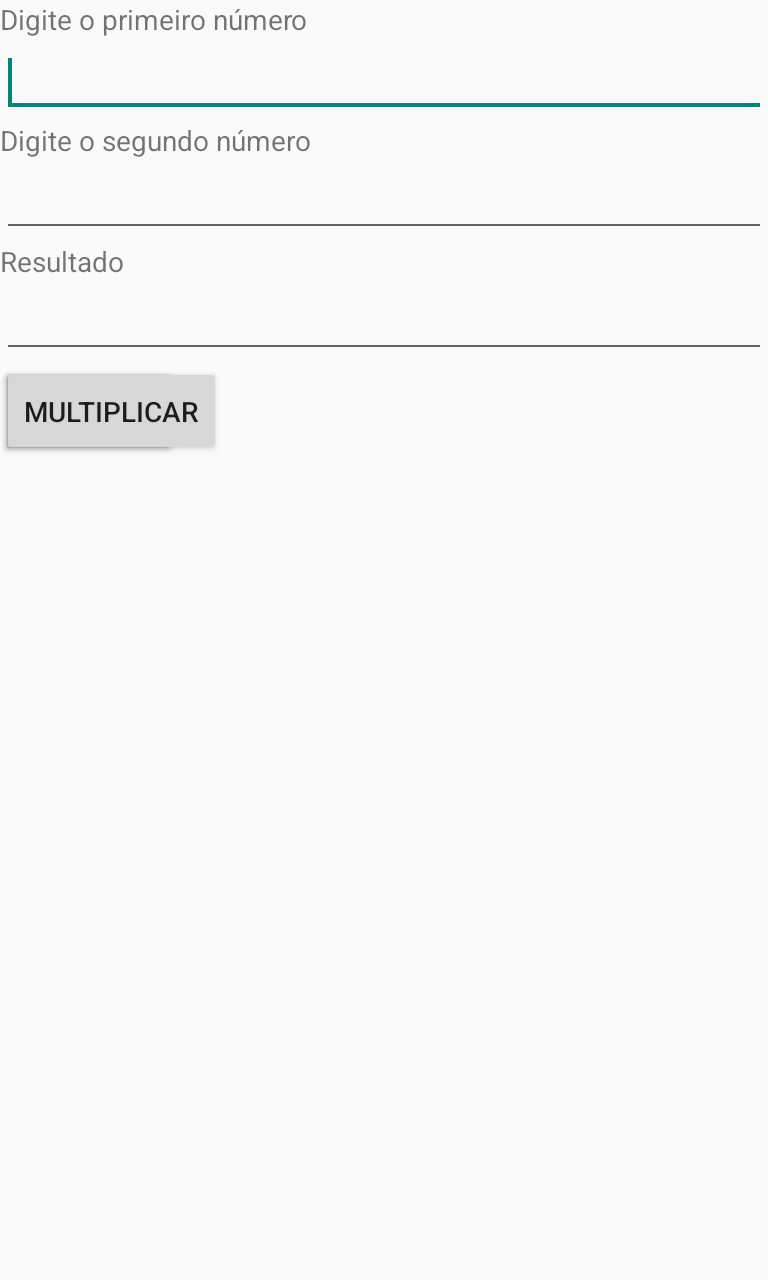
Repository: LucasSampaio/SysPizza-PSI
Layout: CodigoFonte/MOBILE/Calculadora_Neri/res/layout/activity_calculadora.xml
The author's editor kept a copy of each file at every save. The layout is drawn from the files as they stood at one save, then again after the next save.
It is drawn on a 768 x 1280 px phone screen (xhdpi) without system bars, with theme AppTheme; the app's code is not run.

Above is the layout before, as saved 2014-09-04 19:56:58.

### CodigoFonte/MOBILE/Calculadora_Neri/res/layout/activity_calculadora.xml
<LinearLayout xmlns:android="http://schemas.android.com/apk/res/android"
    xmlns:tools="http://schemas.android.com/tools"
    android:orientation="vertical"
    android:layout_width="match_parent"
    android:layout_height="match_parent">

    <TextView
        android:layout_width="wrap_content"
        android:layout_height="wrap_content"
        android:text="Digite o primeiro número" />

    <EditText
        android:id="@+id/etNum01"
        android:layout_width="match_parent"
        android:layout_height="wrap_content"
        android:ems="10" >

        <requestFocus />
    </EditText>

    <TextView
        android:id="@+id/textView1"
        android:layout_width="wrap_content"
        android:layout_height="wrap_content"
        android:text="Digite o segundo número" />

    <EditText
        android:id="@+id/etNum02"
        android:layout_width="match_parent"
        android:layout_height="wrap_content"
        android:ems="10" />

    <TextView
        android:id="@+id/textView"
        android:layout_width="wrap_content"
        android:layout_height="wrap_content"
        android:text="Resultado" />

    <EditText
        android:id="@+id/etResultado"
        android:layout_width="fill_parent"
        android:layout_height="wrap_content"
        android:ems="10" />
    <RelativeLayout
	    android:orientation="horizontal"
	    android:layout_width="wrap_content"
	    android:layout_height="wrap_content">

	    <Button
	        android:id="@+id/btnSomar"
	        android:layout_width="wrap_content"
	        android:layout_height="wrap_content"
	        android:text="Somar" />
	    <Button
	        android:id="@+id/btnSubtrair"
	        android:layout_width="wrap_content"
	        android:layout_height="wrap_content"
	        android:text="Subtrair" />
	    <Button
	        android:id="@+id/btnMultiplicar"
	        android:layout_width="wrap_content"
	        android:layout_height="wrap_content"
	        android:text="Multiplicar" />
	    <Button
	        android:id="@+id/btnDividir"
	        android:layout_width="wrap_content"
	        android:layout_height="wrap_parent"
	        android:text="Dividir" />
	</RelativeLayout>

</LinearLayout>

Loaded but not shown: CodigoFonte/MOBILE/Calculadora_Neri/res/values/styles.xml (common file); CodigoFonte/MOBILE/Calculadora_Neri/res/values-v11/styles.xml (common file); CodigoFonte/MOBILE/Calculadora_Neri/res/values-v14/styles.xml (common file)

After the next save:
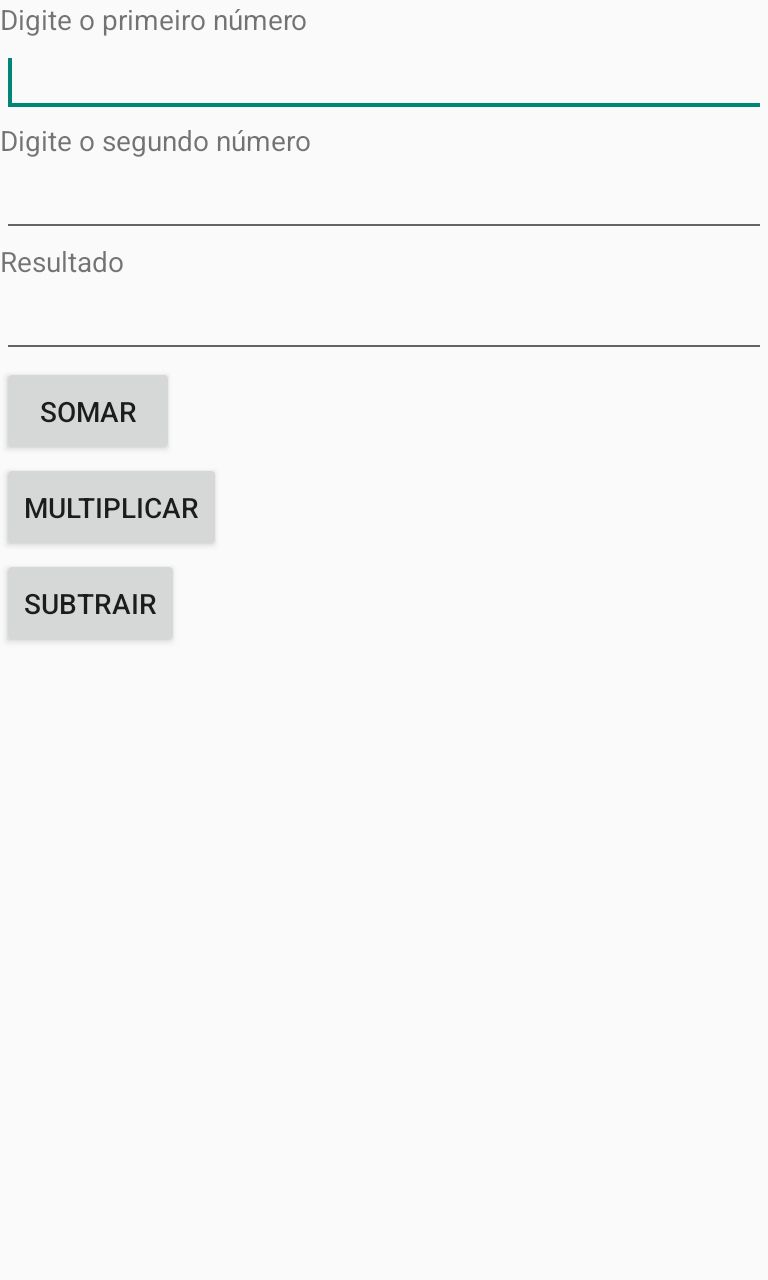
Saved 23 s later.
--- a/CodigoFonte/MOBILE/Calculadora_Neri/res/layout/activity_calculadora.xml
+++ b/CodigoFonte/MOBILE/Calculadora_Neri/res/layout/activity_calculadora.xml
@@ -41,6 +41,7 @@
         android:layout_width="fill_parent"
         android:layout_height="wrap_content"
         android:ems="10" />
+
     <RelativeLayout
 	    android:orientation="horizontal"
 	    android:layout_width="wrap_content"
@@ -52,20 +53,22 @@
 	        android:layout_height="wrap_content"
 	        android:text="Somar" />
 	    <Button
-	        android:id="@+id/btnSubtrair"
-	        android:layout_width="wrap_content"
-	        android:layout_height="wrap_content"
-	        android:text="Subtrair" />
-	    <Button
-	        android:id="@+id/btnMultiplicar"
-	        android:layout_width="wrap_content"
-	        android:layout_height="wrap_content"
-	        android:text="Multiplicar" />
-	    <Button
 	        android:id="@+id/btnDividir"
 	        android:layout_width="wrap_content"
 	        android:layout_height="wrap_parent"
 	        android:text="Dividir" />
 	</RelativeLayout>
 
+    <Button
+        android:id="@+id/btnMultiplicar"
+        android:layout_width="wrap_content"
+        android:layout_height="wrap_content"
+        android:text="Multiplicar" />
+
+    <Button
+        android:id="@+id/btnSubtrair"
+        android:layout_width="wrap_content"
+        android:layout_height="wrap_content"
+        android:text="Subtrair" />
+
 </LinearLayout>
